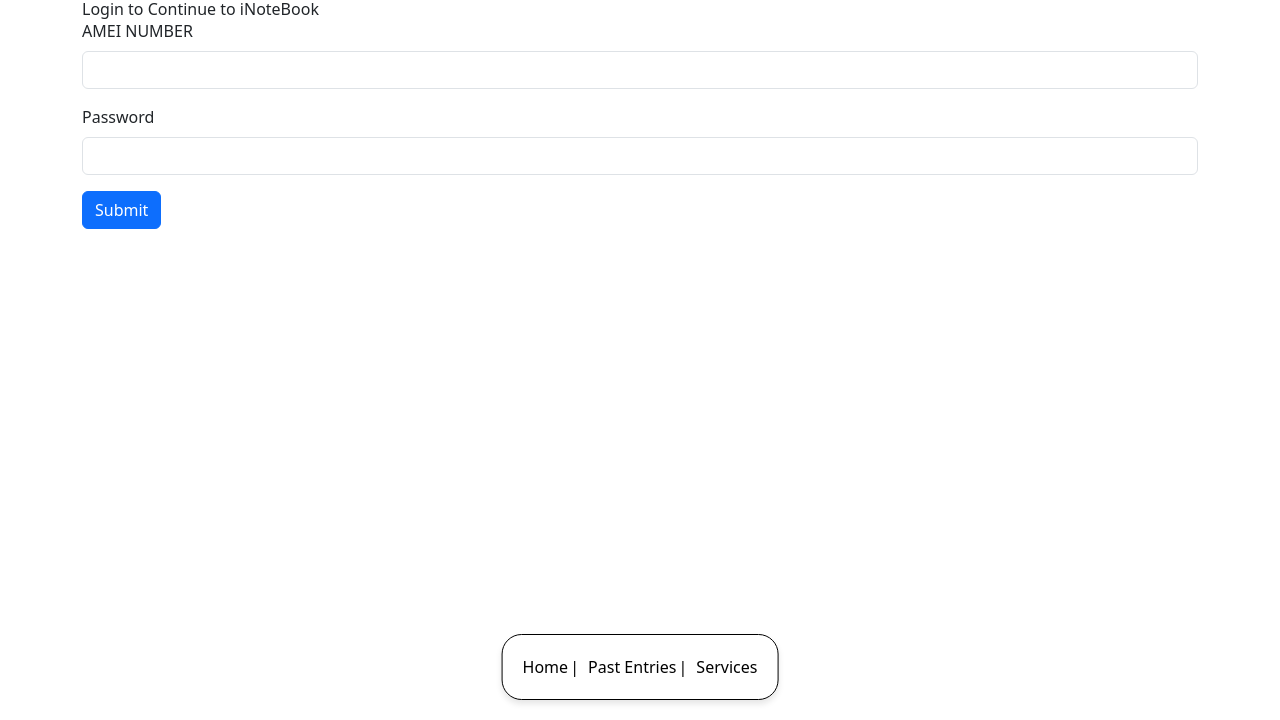
Repository: shash0708/GMR-Lines
Page: /login (app in frontend/)
These files come from the project's save history. The page is drawn as it stood at one moment and after the next save; the edit follows.
The browser window is 1280 px wide. The pictures show the whole page.
The page's requests for data from a server got no answer. The project was rebuilt for these pictures with package versions that can differ from the ones it lists, and the page was loaded fresh each time. No one was signed in, and anything a server would have sent is missing. Also part of the build but not shown: frontend/src/components/Buttons/Buttons.component.jsx, frontend/src/components/Home/Home.component.jsx, frontend/src/components/Form/Form.css, frontend/src/components/speedDail/SpeedDail.component.jsx, frontend/src/components/Form/Form.component.jsx, frontend/src/components/Card/Card.jsx, frontend/src/components/Card/Card.css, frontend/src/components/Card/Card.component.jsx and 4 more.

Above is the page before, as saved 2024-09-08 23:28:28.

### frontend/public/index.html
<!DOCTYPE html>
<html lang="en">
  <head>
    <meta charset="utf-8" />
    <link rel="icon" href="%PUBLIC_URL%/favicon.ico" />
    <meta name="viewport" content="width=device-width, initial-scale=1" />
    <meta name="theme-color" content="#000000" />
    <meta name="description" content="Web site created using create-react-app" />
    <link rel="apple-touch-icon" href="%PUBLIC_URL%/logo192.png" />
    <!--
      manifest.json provides metadata used when your web app is installed on a
      user's mobile device or desktop. See https://developers.google.com/web/fundamentals/web-app-manifest/
    -->
    <link rel="manifest" href="%PUBLIC_URL%/manifest.json" />
    <!--
      Notice the use of %PUBLIC_URL% in the tags above.
      It will be replaced with the URL of the `public` folder during the build.
      Only files inside the `public` folder can be referenced from the HTML.

      Unlike "/favicon.ico" or "favicon.ico", "%PUBLIC_URL%/favicon.ico" will
      work correctly both with client-side routing and a non-root public URL.
      Learn how to configure a non-root public URL by running `npm run build`.
    -->
    <link href="https://cdn.jsdelivr.net/npm/bootstrap@5.3.3/dist/css/bootstrap.min.css" rel="stylesheet" integrity="sha384-QWTKZyjpPEjISv5WaRU9OFeRpok6YctnYmDr5pNlyT2bRjXh0JMhjY6hW+ALEwIH" crossorigin="anonymous">

    <title>Log Book</title>
  </head>
  <script src="https://cdn.jsdelivr.net/npm/bootstrap@5.3.3/dist/js/bootstrap.bundle.min.js" integrity="sha384-YvpcrYf0tY3lHB60NNkmXc5s9fDVZLESaAA55NDzOxhy9GkcIdslK1eN7N6jIeHz" crossorigin="anonymous"></script>
  <script src="https://cdn.jsdelivr.net/npm/@popperjs/core@2.11.8/dist/umd/popper.min.js" integrity="sha384-I7E8VVD/ismYTF4hNIPjVp/Zjvgyol6VFvRkX/vR+Vc4jQkC+hVqc2pM8ODewa9r" crossorigin="anonymous"></script>
  <script src="https://cdn.jsdelivr.net/npm/bootstrap@5.3.3/dist/js/bootstrap.min.js" integrity="sha384-0pUGZvbkm6XF6gxjEnlmuGrJXVbNuzT9qBBavbLwCsOGabYfZo0T0to5eqruptLy" crossorigin="anonymous"></script>
  <body>
    <noscript>You need to enable JavaScript to run this app.</noscript>
    <div id="root"></div>
    <!--
      This HTML file is a template.
      If you open it directly in the browser, you will see an empty page.

      You can add webfonts, meta tags, or analytics to this file.
      The build step will place the bundled scripts into the <body> tag.

      To begin the development, run `npm start` or `yarn start`.
      To create a production bundle, use `npm run build` or `yarn build`.
    -->
  </body>
</html>

### frontend/src/App.js
import './App.css';
import { BrowserRouter as Router, Route, Routes } from 'react-router-dom';

import 'primereact/resources/themes/saga-blue/theme.css';
import 'primereact/resources/primereact.min.css';
import { PrimeReactProvider } from 'primereact/api';
import Home from '../src/components/Home/Home.component'
import Form from './components/Form/Form.component';
import Cards from './components/Card/Card.component';
import Data from './components/Data/Data.component';
import Navbar from './components/Header/Header.component'
import Login from './components/Login/Login.component';
import Signup from './components/SignUp/Signup.component';
import PdfComponent from './components/Pdf/PdfComponent';
import { LogsProvider } from './context/LogContext';
function App() {
  return (
    <LogsProvider>
    <PrimeReactProvider>
<Router>
<Navbar />

      <Routes>
      {/* <Navbar/> */}

        <Route path="/" element={<Home />} />
        <Route path='/login' element={<Login/>}/>
        <Route path='/signup' element={<Signup/>}/>
        <Route path="/form" element={<Form />} />
        <Route path="/past-records" element={<Cards />} />
        <Route path="/data/:id" element={<Data />} />
        <Route path="/pdf" element={<PdfComponent/>}/>
      </Routes>
    </Router>
</PrimeReactProvider>
</LogsProvider>
  );
}

export default App;

### frontend/src/serviceWorkerRegistration.js
// This optional code is used to register a service worker.
// register() is not called by default.

// This lets the app load faster on subsequent visits in production, and gives
// it offline capabilities. However, it also means that developers (and users)
// will only see deployed updates on subsequent visits to a page, after all the
// existing tabs open on the page have been closed, since previously cached
// resources are updated in the background.

// To learn more about the benefits of this model and instructions on how to
// opt-in, read https://cra.link/PWA

const isLocalhost = Boolean(
  window.location.hostname === 'localhost' ||
    // [::1] is the IPv6 localhost address.
    window.location.hostname === '[::1]' ||
    // 127.0.0.0/8 are considered localhost for IPv4.
    window.location.hostname.match(/^127(?:\.(?:25[0-5]|2[0-4][0-9]|[01]?[0-9][0-9]?)){3}$/)
);

export function register(config) {
  if (process.env.NODE_ENV === 'production' && 'serviceWorker' in navigator) {
    // The URL constructor is available in all browsers that support SW.
    const publicUrl = new URL(process.env.PUBLIC_URL, window.location.href);
    if (publicUrl.origin !== window.location.origin) {
      // Our service worker won't work if PUBLIC_URL is on a different origin
      // from what our page is served on. This might happen if a CDN is used to
      // serve assets; see https://github.com/facebook/create-react-app/issues/2374
      return;
    }

    window.addEventListener('load', () => {
      const swUrl = `${process.env.PUBLIC_URL}/service-worker.js`;

      if (isLocalhost) {
        // This is running on localhost. Let's check if a service worker still exists or not.
        checkValidServiceWorker(swUrl, config);

        // Add some additional logging to localhost, pointing developers to the
        // service worker/PWA documentation.
        navigator.serviceWorker.ready.then(() => {
          console.log(
            'This web app is being served cache-first by a service ' +
              'worker. To learn more, visit https://cra.link/PWA'
          );
        });
      } else {
        // Is not localhost. Just register service worker
        registerValidSW(swUrl, config);
      }
    });
  }
}

function registerValidSW(swUrl, config) {
  navigator.serviceWorker
    .register(swUrl)
    .then((registration) => {
      registration.onupdatefound = () => {
        const installingWorker = registration.installing;
        if (installingWorker == null) {
          return;
        }
        installingWorker.onstatechange = () => {
          if (installingWorker.state === 'installed') {
            if (navigator.serviceWorker.controller) {
              // At this point, the updated precached content has been fetched,
              // but the previous service worker will still serve the older
              // content until all client tabs are closed.
              console.log(
                'New content is available and will be used when all ' +
                  'tabs for this page are closed. See https://cra.link/PWA.'
              );

              // Execute callback
              if (config && config.onUpdate) {
                config.onUpdate(registration);
              }
            } else {
              // At this point, everything has been precached.
              // It's the perfect time to display a
              // "Content is cached for offline use." message.
              console.log('Content is cached for offline use.');

              // Execute callback
              if (config && config.onSuccess) {
                config.onSuccess(registration);
              }
            }
          }
        };
      };
    })
    .catch((error) => {
      console.error('Error during service worker registration:', error);
    });
}

function checkValidServiceWorker(swUrl, config) {
  // Check if the service worker can be found. If it can't reload the page.
  fetch(swUrl, {
    headers: { 'Service-Worker': 'script' },
  })
    .then((response) => {
      // Ensure service worker exists, and that we really are getting a JS file.
      const contentType = response.headers.get('content-type');
      if (
        response.status === 404 ||
        (contentType != null && contentType.indexOf('javascript') === -1)
      ) {
        // No service worker found. Probably a different app. Reload the page.
        navigator.serviceWorker.ready.then((registration) => {
          registration.unregister().then(() => {
            window.location.reload();
          });
        });
      } else {
        // Service worker found. Proceed as normal.
        registerValidSW(swUrl, config);
      }
    })
    .catch(() => {
      console.log('No internet connection found. App is running in offline mode.');
    });
}

export function unregister() {
  if ('serviceWorker' in navigator) {
    navigator.serviceWorker.ready
      .then((registration) => {
        registration.unregister();
      })
      .catch((error) => {
        console.error(error.message);
      });
  }
}

### frontend/src/components/Header/Header.component.jsx
import React, { useEffect, useState, useRef } from 'react';
import './Navbar.css';

const Navbar = () => {
  const [showNavbar, setShowNavbar] = useState(true);
  const [lastScrollTop, setLastScrollTop] = useState(0);
  const [scrollTimeout, setScrollTimeout] = useState(null);

  const handleScroll = () => {
    const currentScrollTop = window.pageYOffset || document.documentElement.scrollTop;

    // Clear the previous timeout if it exists
    if (scrollTimeout) {
      clearTimeout(scrollTimeout);
    }

    // Set a timeout to update the Navbar visibility after scrolling stops
    const newScrollTimeout = setTimeout(() => {
      if (currentScrollTop > lastScrollTop) {
        // Scrolling down
        setShowNavbar(false);
      } else if (currentScrollTop < lastScrollTop) {
        // Scrolling up
        setShowNavbar(true);
      }

      setLastScrollTop(currentScrollTop <= 0 ? 0 : currentScrollTop);
    }, 100); // Delay in milliseconds to wait before hiding/showing Navbar

    setScrollTimeout(newScrollTimeout);
  };

  useEffect(() => {
    window.addEventListener('scroll', handleScroll);
    return () => {
      window.removeEventListener('scroll', handleScroll);
      if (scrollTimeout) {
        clearTimeout(scrollTimeout);
      }
    };
  }, [scrollTimeout, lastScrollTop]);

  return (
    <div className={`navbar ${showNavbar ? 'show' : 'hide'}`}>
      <div className="navbar-items">
        <a href="#home">Home</a>
        <a href="#about">Past Entries</a>
        <a href="#services">Services</a>
        {/* <a href="#contact">Contact</a> */}
      </div>
    </div>
  );
};

export default Navbar;

### frontend/src/components/Login/Login.component.jsx
import React, { useState } from 'react';
import { useNavigate } from 'react-router-dom';
import useDocumentTitle from '../hooks/useDocumentTitle';
import URL from '../config'
const Login = (props) => {
  useDocumentTitle('Login'); // Set the document title for this page

  const [credentials, setCredentials] = useState({ AME: "", password: "" });
  let navigate = useNavigate();

  const handleSubmit = async (e) => {
    e.preventDefault();

    try {
      const response = await fetch(`${URL}/api/login`, {
        method: 'POST',
        headers: {
          'Content-Type': 'application/json'
        },
        body: JSON.stringify({ AME: credentials.AME, password: credentials.password })
      });

      const json = await response.json();
      console.log(json);

      if (json.success) {
        // Save the auth token and redirect
        localStorage.setItem('token', json.authtoken);
        alert("Logged in Successfully");
        navigate('/');
      } else {
        alert("Invalid Credentials");
      }
    } catch (error) {
      console.error("There was an error with the login request:", error);
      alert("An error occurred. Please try again later.");
    }
  }

  const onChange = (e) => {
    setCredentials({ ...credentials, [e.target.name]: e.target.value });
  }

  return (
    <div className='container'>
      <h1>Login to Continue to iNoteBook</h1>
      <form onSubmit={handleSubmit}>
        <div className="mb-3">
          <label htmlFor="AME" className="form-label">AMEI NUMBER</label>
          <input
            type="text"
            className="form-control"
            name="AME"
            id="AME"
            value={credentials.AME}
            onChange={onChange}
            required
          />
        </div>
        <div className="mb-3">
          <label htmlFor="password" className="form-label">Password</label>
          <input
            type="password"
            className="form-control"
            name="password"
            id="password"
            value={credentials.password}
            onChange={onChange}
            required
          />
        </div>
        <button type="submit" className="btn btn-primary">Submit</button>
      </form>
    </div>
  );
}

export default Login;

### frontend/src/context/LogContext.js
// LogsContext.js
import React, { createContext, useState, useEffect } from 'react';
import axios from 'axios';
import URL from '../components/config';
const LogsContext = createContext();

export const LogsProvider = ({ children }) => {
  const [logs, setLogs] = useState([]);
  const [filteredLogs, setFilteredLogs] = useState([]);
  const [searchTerm, setSearchTerm] = useState('');
  const [selectedLogs, setSelectedLogs] = useState([]);

  useEffect(() => {
    const fetchLogs = async () => {
      try {
        const response = await axios.get(`${URL}/getlogs/entries`, {
          headers: {
            'auth-token': localStorage.getItem('token'),
          },
        });

        setLogs(response.data);
        setFilteredLogs(response.data);
      } catch (error) {
        console.error('Error fetching logs:', error);
      }
    };
    fetchLogs();
  }, []);

  useEffect(() => {
    const handleSearch = () => {
      const lowerCaseSearchTerm = searchTerm.toLowerCase();
      const filtered = logs.filter((log) => {
        const logId = String(log.Toa);
        return logId.toLowerCase().includes(lowerCaseSearchTerm);
      });
      setFilteredLogs(filtered);
    };

    handleSearch();
  }, [searchTerm, logs]);

  const handleSelect = (log) => {
    setSelectedLogs((prev) => {
      const isSelected = prev.includes(log);
      if (isSelected) {
        return prev.filter((selectedLog) => selectedLog !== log);
      }

      if (prev.length >= 7) {
        return prev;
      }

      return [...prev, log];
    });
  };

  return (
    <LogsContext.Provider
      value={{
        logs,
        filteredLogs,
        searchTerm,
        setSearchTerm,
        selectedLogs,
        handleSelect,
        setFilteredLogs,
      }}
    >
      {children}
    </LogsContext.Provider>
  );
};

export default LogsContext;

### frontend/src/components/hooks/useDocumentTitle.js
// src/hooks/useDocumentTitle.js
import { useEffect } from 'react';

const useDocumentTitle = (title) => {
  useEffect(() => {
    document.title = title;
  }, [title]);
};

export default useDocumentTitle;

### frontend/src/components/config.js
// src/config.js
const URL = "http://localhost:5000";

export default URL;

// `${URL}

### frontend/src/components/Header/Navbar.css
/* Navbar.css */
.navbar {
    display: flex;
    border-radius: 20px;
    align-items: center;
    border: 1px solid black;
    justify-content: center;
    position: fixed;
    bottom: 20px; /* Adjust as needed */
    left: 50%;
    transform: translateX(-50%);
    background-color: #ffffff;
    color: rgb(0, 0, 0);
    padding: 10px;
    width: auto; /* Adjust width based on content */
    box-shadow: 0 4px 6px rgba(0, 0, 0, 0.1); /* Optional */
    z-index: 1000; /* Optional */
    transition: width 0.3s ease, opacity 0.3s ease, transform 0.3s ease; /* Smooth transitions */
    opacity: 0; /* Hidden by default */
}

.navbar.show {
    opacity: 1; /* Show Navbar */
}

.navbar.hide {
    opacity: 0; /* Hide Navbar */
    pointer-events: none; /* Prevent interaction when hidden */
}

.navbar:hover {
    width: 300px; /* Adjust width on hover */
    transform: translateX(-50%) scale(1.05); /* Center Navbar and slightly zoom out */
}

.navbar-items {
    display: flex;
}

.navbar-items a {
    color: rgb(0, 0, 0);
    text-decoration: none;
    padding: 10px;
    position: relative; /* Needed for pseudo-element positioning */
    transition: transform 0.1s ease; /* Smooth zoom effect for icons */
}

.navbar-items a:not(:last-child)::after {
    content: "|"; /* Separator character */
    position: absolute;
    right: -1px; /* Adjust position */
    top: 50%;
    transform: translateY(-50%);
    color: rgb(0, 0, 0); /* Separator color */
}

.navbar-items a:hover {
    border-radius: 20px;
    transform: scale(1.1); /* Zoom in on hover */
}

@media (max-width: 768px) {
    .navbar {
        flex-direction: column;
        bottom: 10px;
        width: auto; /* Adjust width for smaller screens */
    }

    .navbar-content {
        margin-bottom: 5px;
    }
}

### frontend/tailwind.config.js
/** @type {import('tailwindcss').Config} */
module.exports = {
  content: [
    "./src/**/*.{js,ts,jsx,tsx}",  // Adjust the paths as needed
    "./public/**/*.html",           // Include HTML files if used
  ],
  theme: {
    extend: {
      // Custom theme extensions go here
      colors: {
        primary: '#ff6347',  // Example custom color
      },
      fontFamily: {
        sans: ['Helvetica', 'Arial', 'sans-serif'],
      },
    },
  },
  plugins: [
    // Add any Tailwind CSS plugins here
  ],
};


module.exports ={
  "compilerOptions": {
    "baseUrl": ".",
    "paths": {
      "@/*": ["src/*"]
    }
  }
}

Loaded but not shown: frontend/src/index.js (common file); frontend/src/index.css (common file); frontend/src/reportWebVitals.js (common file); frontend/src/App.css (common file); frontend/src/components/Data/Data.css (no stored copy; drawn as an empty file)

After the next save:
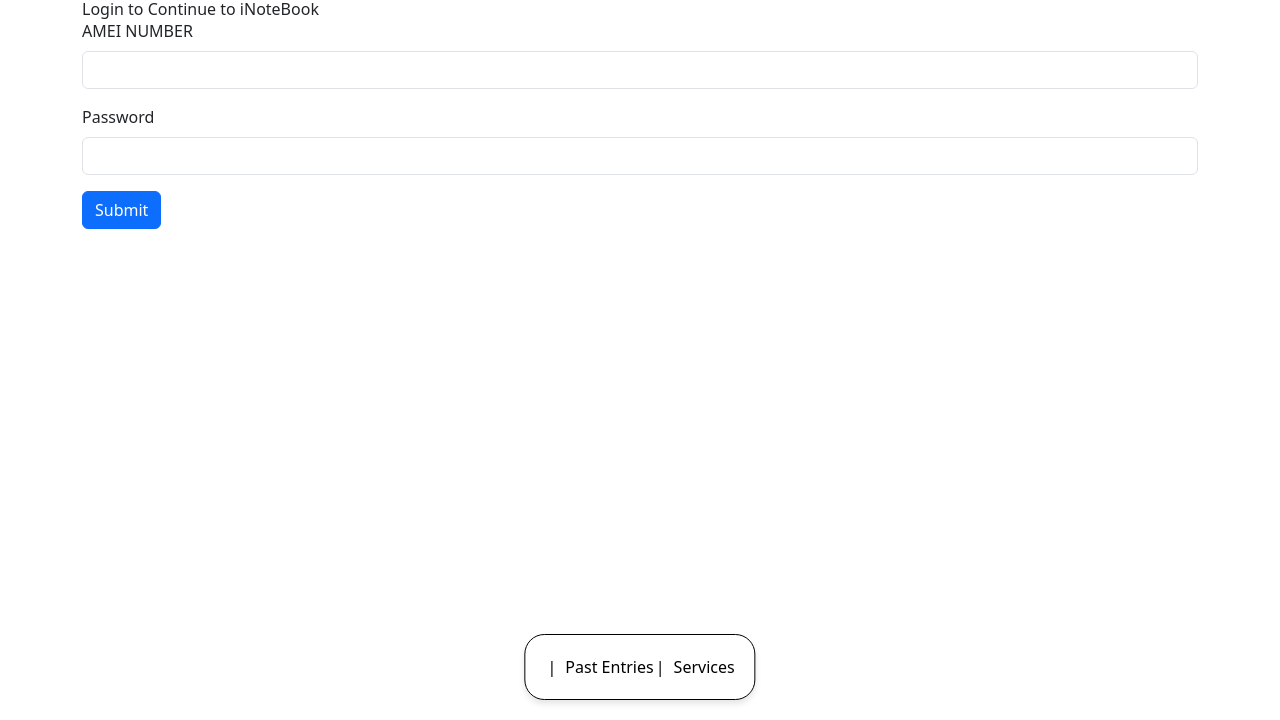
Saved 22 s later.
--- a/frontend/src/components/Header/Header.component.jsx
+++ b/frontend/src/components/Header/Header.component.jsx
@@ -43,7 +43,7 @@
   return (
     <div className={`navbar ${showNavbar ? 'show' : 'hide'}`}>
       <div className="navbar-items">
-        <a href="#home">Home</a>
+        <a href="#home"><i class="bi bi-houses"></i></a>
         <a href="#about">Past Entries</a>
         <a href="#services">Services</a>
         {/* <a href="#contact">Contact</a> */}
